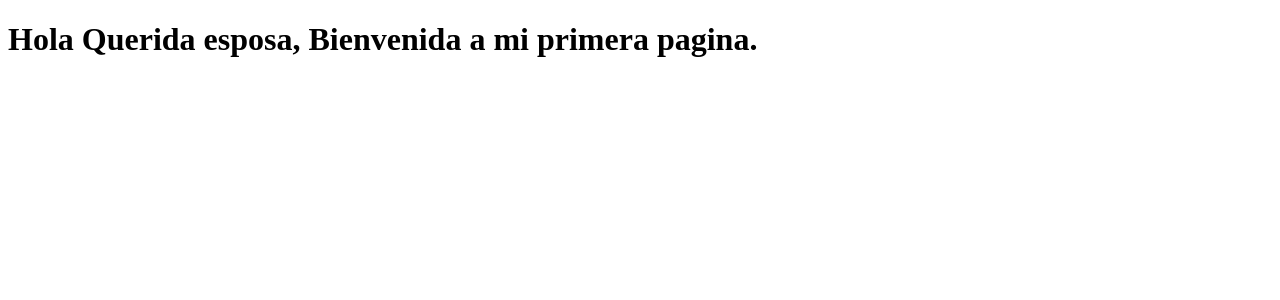
Repository: Kalicheminero93/MyWeb
Page: web.html
An editor plug-in stored every save of this project. The page is shown before and after the next save, followed by the edit.
The browser window is 1280 px wide. The pictures show the whole page.

Above is the page before, as saved 2024-02-07 00:43:37.

After the next save:
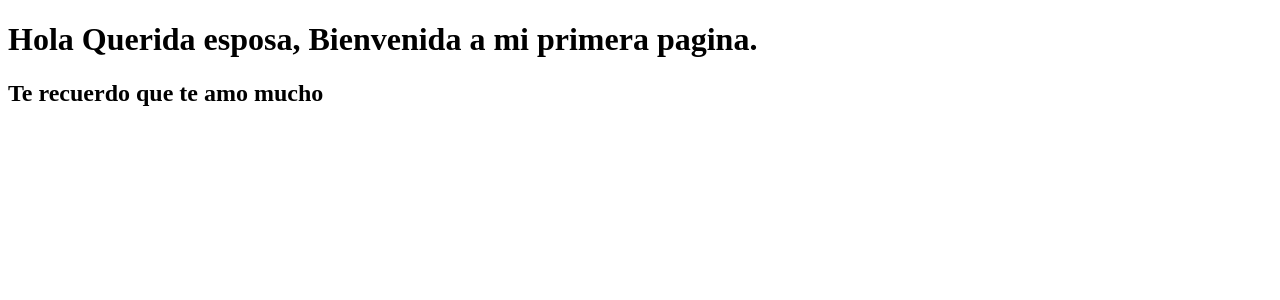
Saved 13 h 28 min later.
--- a/web.html
+++ b/web.html
@@ -8,6 +8,9 @@
             <h1>
                 Hola Querida esposa, Bienvenida a mi primera pagina.
             </h1>
+            <h2>
+                Te recuerdo que te amo mucho
+            </h2>
         </div>
     </body>
 </html>
